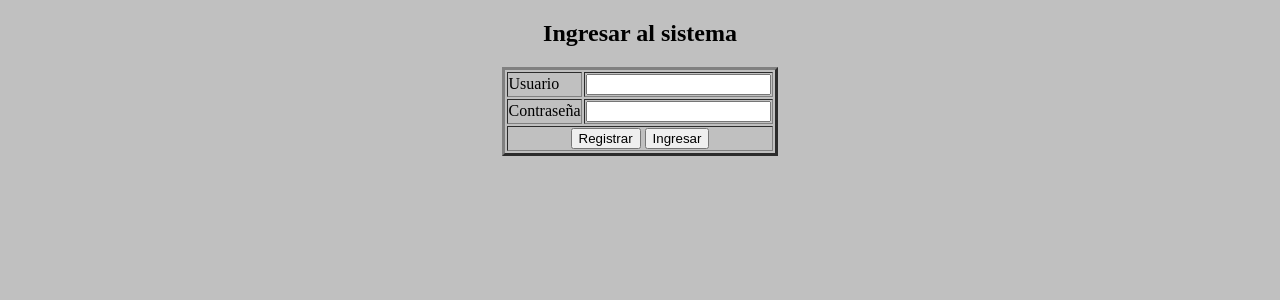
Repository: NayshaOCruz98/CL2ORTIZ
Page: http://localhost/LPII_CL2_ORTIZCRUZNAYSHA/
These files come from the project's save history. The page is drawn as it stood at one moment and after the next save; the edit follows.
The browser window is 1280 px wide. The pictures show the whole page.
The page is served by Tomcat 9.

Above is the page before, as saved 2023-10-24 23:17:20.

After the next save:
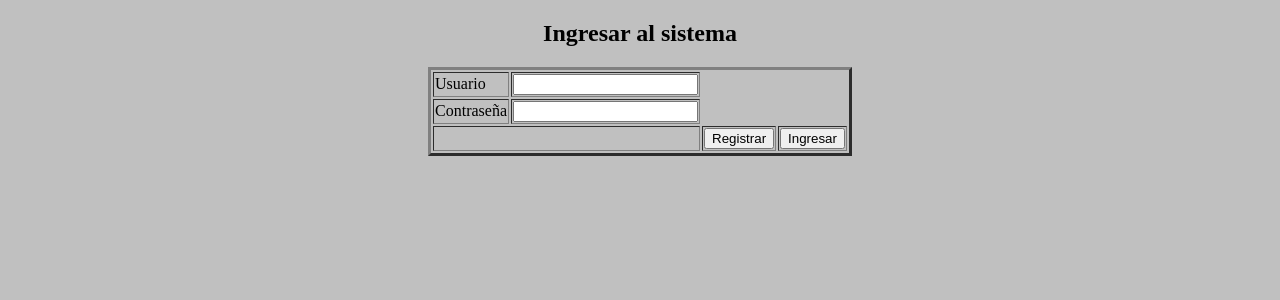
Saved 27 s later.
--- a/LPII_CL2_ORTIZCRUZNAYSHA/src/main/webapp/index.jsp
+++ b/LPII_CL2_ORTIZCRUZNAYSHA/src/main/webapp/index.jsp
@@ -23,8 +23,8 @@
 </tr>
 <tr>
 <td colspan="2" align="center">
-<input type="submit" value="Registrar" name="Registrar usuario">
-<input type="submit" value="Ingresar"></td>
+<td><input type="submit" value="Registrar" name="Registrar usuario"></td>
+<td><input type="submit" value="Ingresar"></td>
 </td>
 </tr>
 
